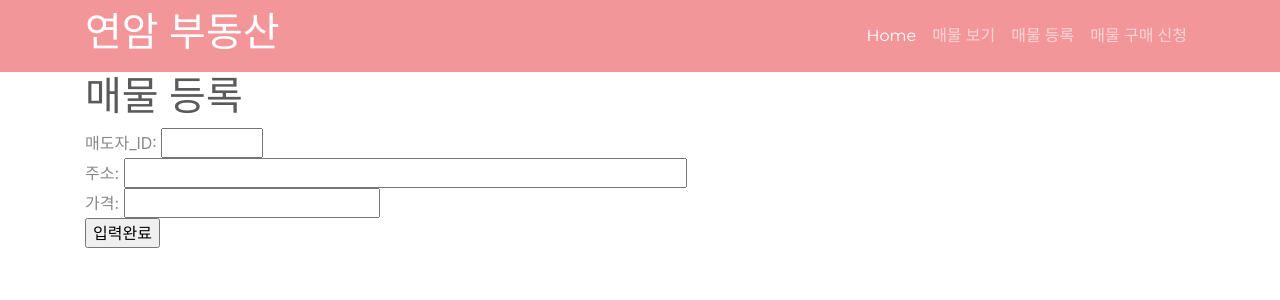
Repository: Leekm0912/2-1_JSP-DB_Project
Page: http://localhost/WebTest/DB/InsertTable.jsp
An editor plug-in stored every save of this project. The page is shown before and after the next save, followed by the edit.
The browser window is 1280 px wide. The pictures show the whole page.
The page is served by Tomcat 9. Other server files are loaded and not shown.

Above is the page before, as saved 2020-06-10 04:42:40.

### WebTest/WebContent/DB/InsertTable.jsp
<%@ page contentType="text/html; charset=utf-8"%>
<!DOCTYPE html>
<html lang="ko">

<head>

<meta charset="utf-8">
<meta name="viewport" content="width=device-width, initial-scale=1, shrink-to-fit=no">
<meta name="description" content="">
<meta name="author" content="">
<title>Bare - Start Bootstrap Template</title>

<!-- Bootstrap core CSS -->
<link href="vendor/bootstrap/css/bootstrap.min.css" rel="stylesheet">
</head>

<body>

	<!-- Navigation -->
	<nav class="navbar navbar-expand-lg navbar-dark bg-dark static-top">
		<div class="container">
			<h1 style="color: white;">연암 부동산</h1>
			<button class="navbar-toggler" type="button" data-toggle="collapse" data-target="#navbarResponsive" aria-controls="navbarResponsive" aria-expanded="false" aria-label="Toggle navigation">
				<span class="navbar-toggler-icon"></span>
			</button>
			<div class="collapse navbar-collapse" id="navbarResponsive">
				<ul class="navbar-nav ml-auto">
					<li class="nav-item active"><a class="nav-link" href="main.jsp">Home <span class="sr-only">(current)</span>
					</a></li>
					<li class="nav-item"><a class="nav-link" href="ViewTable.jsp">매물 보기</a></li>
					<li class="nav-item"><a class="nav-link" href="InsertTable.jsp">매물 등록</a></li>
					<li class="nav-item"><a class="nav-link" href="Order.jsp">매물 구매 신청</a></li>
				</ul>
			</div>
		</div>
	</nav>

	<!-- Page Content -->
	<div class="container">
		<h1>매물 등록</h1>
		<form action="add_data.jsp" method="post">
			매도자_ID: <input type="text" name="id" size="5"> <br>
			주소: <input type="text" name="address" size="50"> <br>
			가격: <input type="text" name="price" size="20"> <br>
		<%-- 일괄적으로 action 페이지에 전달한다. --%>
		<input type="submit" value="입력완료">
		</form>
	</div>

	<!-- Bootstrap core JavaScript -->
	<script src="vendor/jquery/jquery.slim.min.js"></script>
	<script src="vendor/bootstrap/js/bootstrap.bundle.min.js"></script>

</body>

</html>

### WebTest/WebContent/DB/layout/top.jsp
<%@ page contentType="text/html; charset=utf-8"%>

<h1 style="color: white;">연암 부동산</h1>
<button class="navbar-toggler" type="button" data-toggle="collapse" data-target="#navbarResponsive" aria-controls="navbarResponsive" aria-expanded="false" aria-label="Toggle navigation">
	<span class="navbar-toggler-icon"></span>
</button>
<div class="collapse navbar-collapse" id="navbarResponsive">
	<ul class="navbar-nav ml-auto">
		<li class="nav-item active"><a class="nav-link" href="main.jsp">Home <span class="sr-only">(current)</span>
		</a></li>
		<li class="nav-item"><a class="nav-link" href="ViewTable.jsp">매물 보기</a></li>
		<li class="nav-item"><a class="nav-link" href="InsertTable.jsp">매물 등록</a></li>
		<li class="nav-item"><a class="nav-link" href="Order.jsp">매물 구매 신청</a></li>
	</ul>
</div>

After the next save:
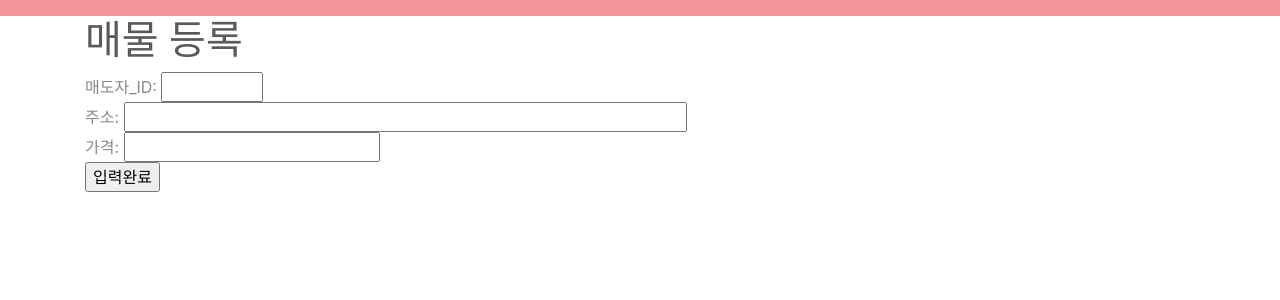
Saved 16 s later.
--- a/WebTest/WebContent/DB/InsertTable.jsp
+++ b/WebTest/WebContent/DB/InsertTable.jsp
@@ -19,19 +19,7 @@
 	<!-- Navigation -->
 	<nav class="navbar navbar-expand-lg navbar-dark bg-dark static-top">
 		<div class="container">
-			<h1 style="color: white;">연암 부동산</h1>
-			<button class="navbar-toggler" type="button" data-toggle="collapse" data-target="#navbarResponsive" aria-controls="navbarResponsive" aria-expanded="false" aria-label="Toggle navigation">
-				<span class="navbar-toggler-icon"></span>
-			</button>
-			<div class="collapse navbar-collapse" id="navbarResponsive">
-				<ul class="navbar-nav ml-auto">
-					<li class="nav-item active"><a class="nav-link" href="main.jsp">Home <span class="sr-only">(current)</span>
-					</a></li>
-					<li class="nav-item"><a class="nav-link" href="ViewTable.jsp">매물 보기</a></li>
-					<li class="nav-item"><a class="nav-link" href="InsertTable.jsp">매물 등록</a></li>
-					<li class="nav-item"><a class="nav-link" href="Order.jsp">매물 구매 신청</a></li>
-				</ul>
-			</div>
+
 		</div>
 	</nav>
 

After the save that followed:
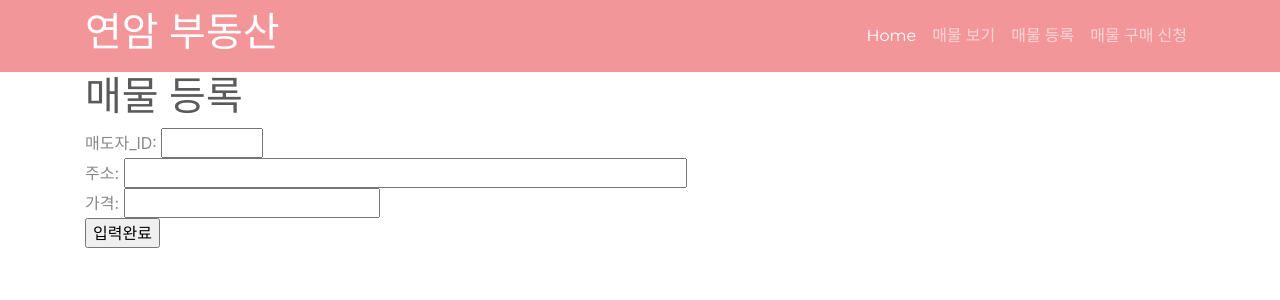
Saved 63 s later.
--- a/WebTest/WebContent/DB/InsertTable.jsp
+++ b/WebTest/WebContent/DB/InsertTable.jsp
@@ -19,7 +19,7 @@
 	<!-- Navigation -->
 	<nav class="navbar navbar-expand-lg navbar-dark bg-dark static-top">
 		<div class="container">
-
+			<jsp:include page="./layout/top.jsp" flush="false" />
 		</div>
 	</nav>
 
